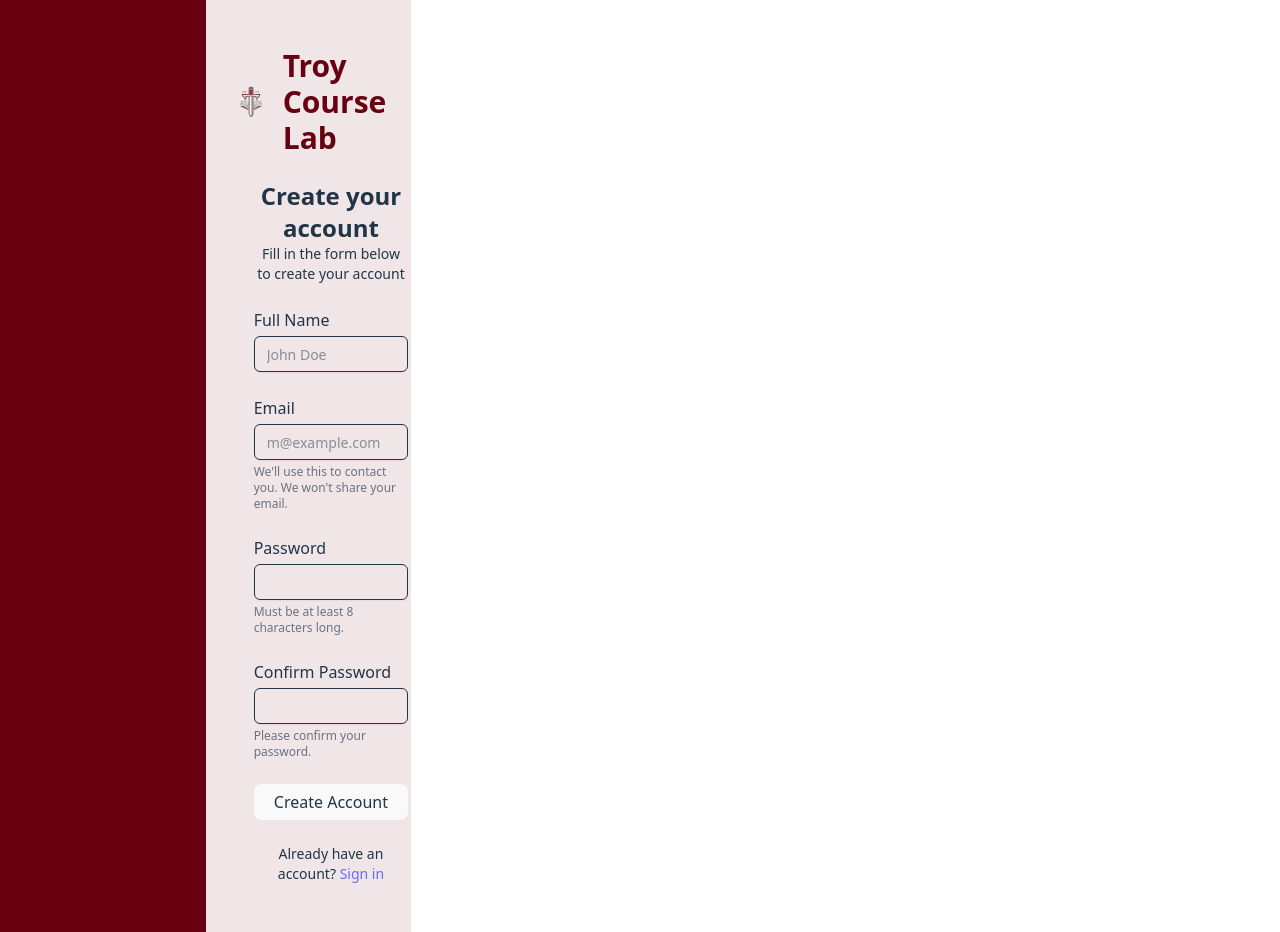
Repository: toilatrung/auth-ui-kit
Page: /register
The author's editor kept a copy of each file at every save. The page is drawn from the files as they stood at one save, then again after the next save.
The browser window is 1280 px wide. The pictures show the whole page.
The project was rebuilt for these pictures with package versions that can differ from the ones it lists, and the page was loaded fresh each time. Also part of the build but not shown: vite.config.ts, src/pages/LoginPage.tsx.

Above is the page before, as saved 2025-11-01 17:30:14.

After the next save:
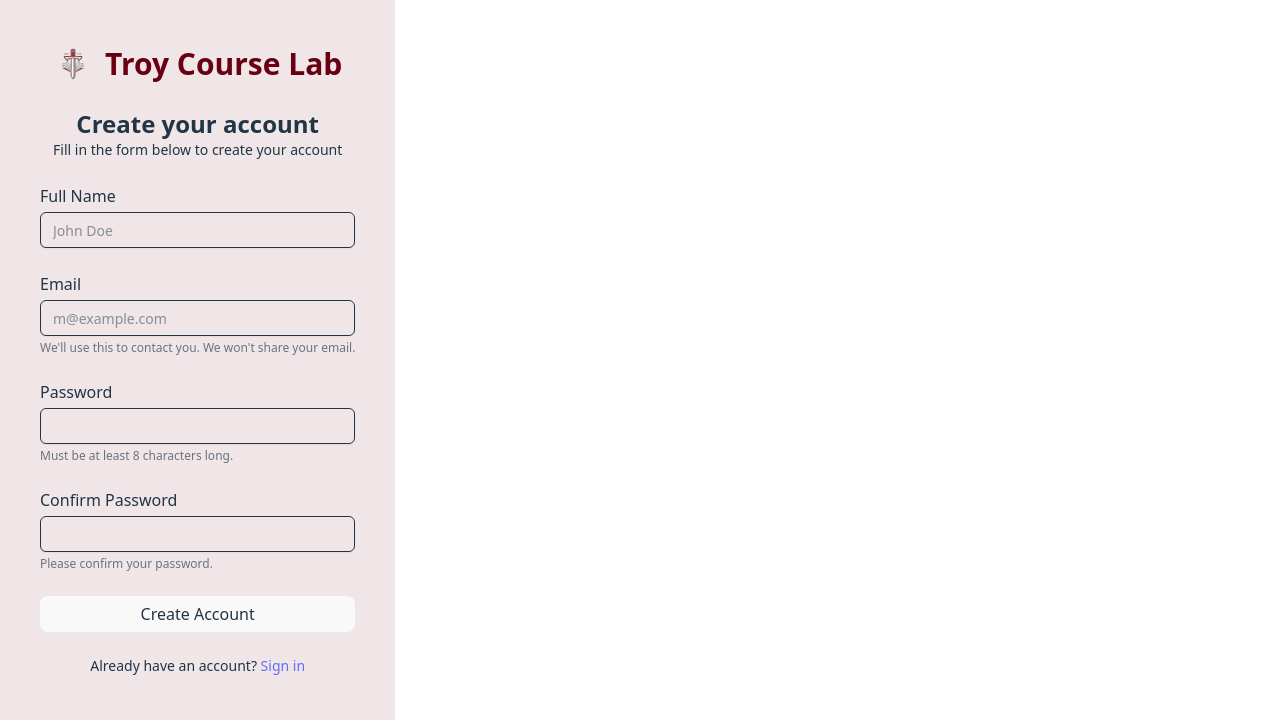
Saved 34 s later.
--- a/src/pages/RegisterPage.tsx
+++ b/src/pages/RegisterPage.tsx
@@ -3,11 +3,8 @@
 const RegisterPage = () => {
   return (
     <div className="flex min-h-screen bg-[#680011]">
-      {/* Nửa bên trái (trống hoặc sau này có thể thêm banner, text, v.v.) */}
-      <div className="w-1/2"></div>
-
-      {/* Nửa bên phải chứa logo và form */}
-      <div className="w-1/2 flex flex-col justify-center items-center bg-white/90 p-12">
+      {/* Phần form chiếm toàn bộ chiều cao, nằm bên phải */}
+      <div className="flex flex-col justify-center items-center w-full max-w-md ml-auto bg-white/90 p-10">
         {/* Logo + Title */}
         <div className="flex items-center justify-center gap-3 mb-6">
           <img
